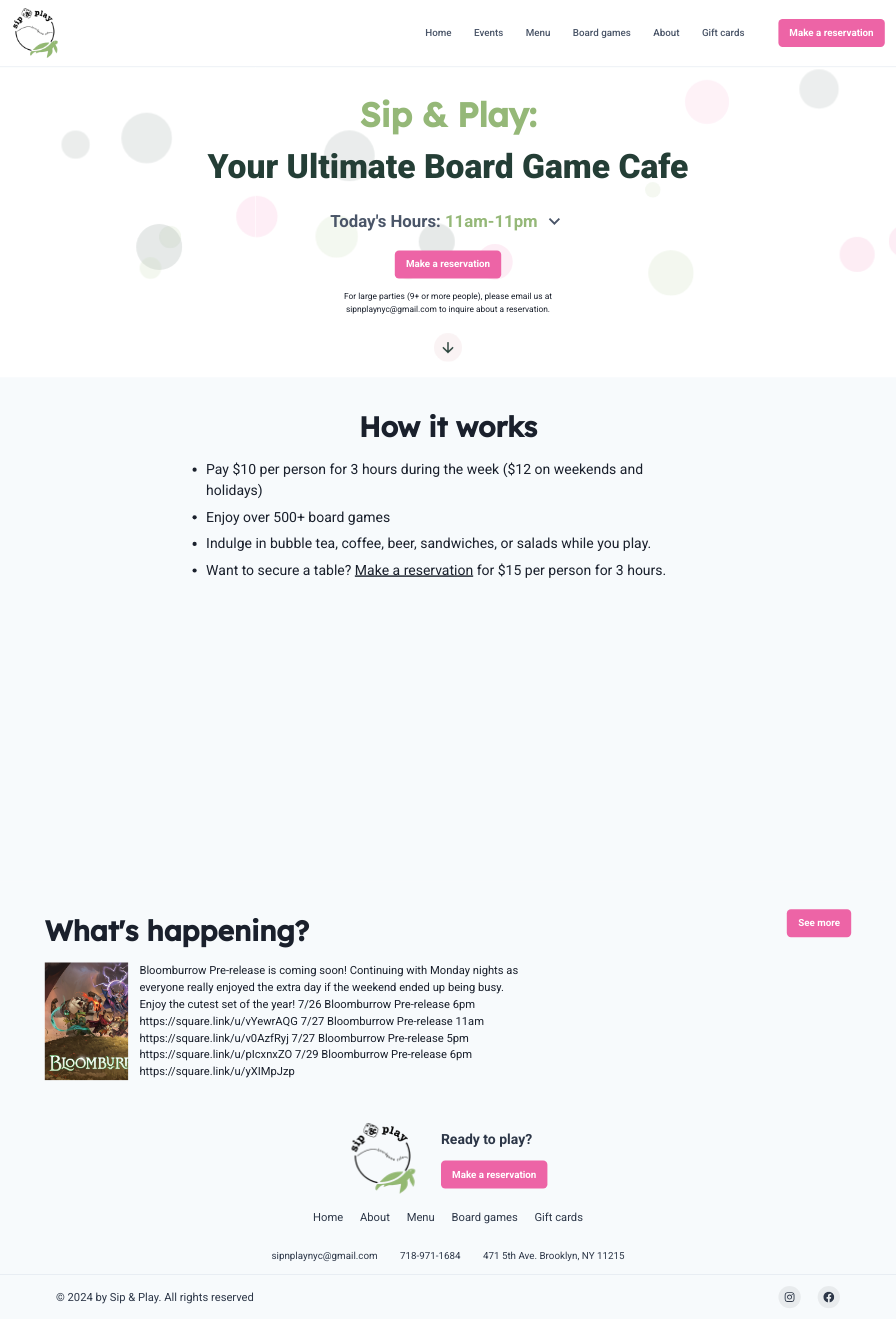
Repository: natespinetti/codedexsummerhackathon
Page: /
The author's editor kept a copy of each file at every save. The page is drawn from the files as they stood at one save, then again after the next save.
The browser window is 1280 px wide. The pictures show the whole page, at 70% of full size.
The project was rebuilt for these pictures with package versions that can differ from the ones it lists, and the page was loaded fresh each time. The framework's server and built-in components were replaced by stand-ins that run in the browser. Also part of the build but not shown: next.config.mjs.

Above is the page before, as saved 2024-07-11 17:34:30.

After the next save:
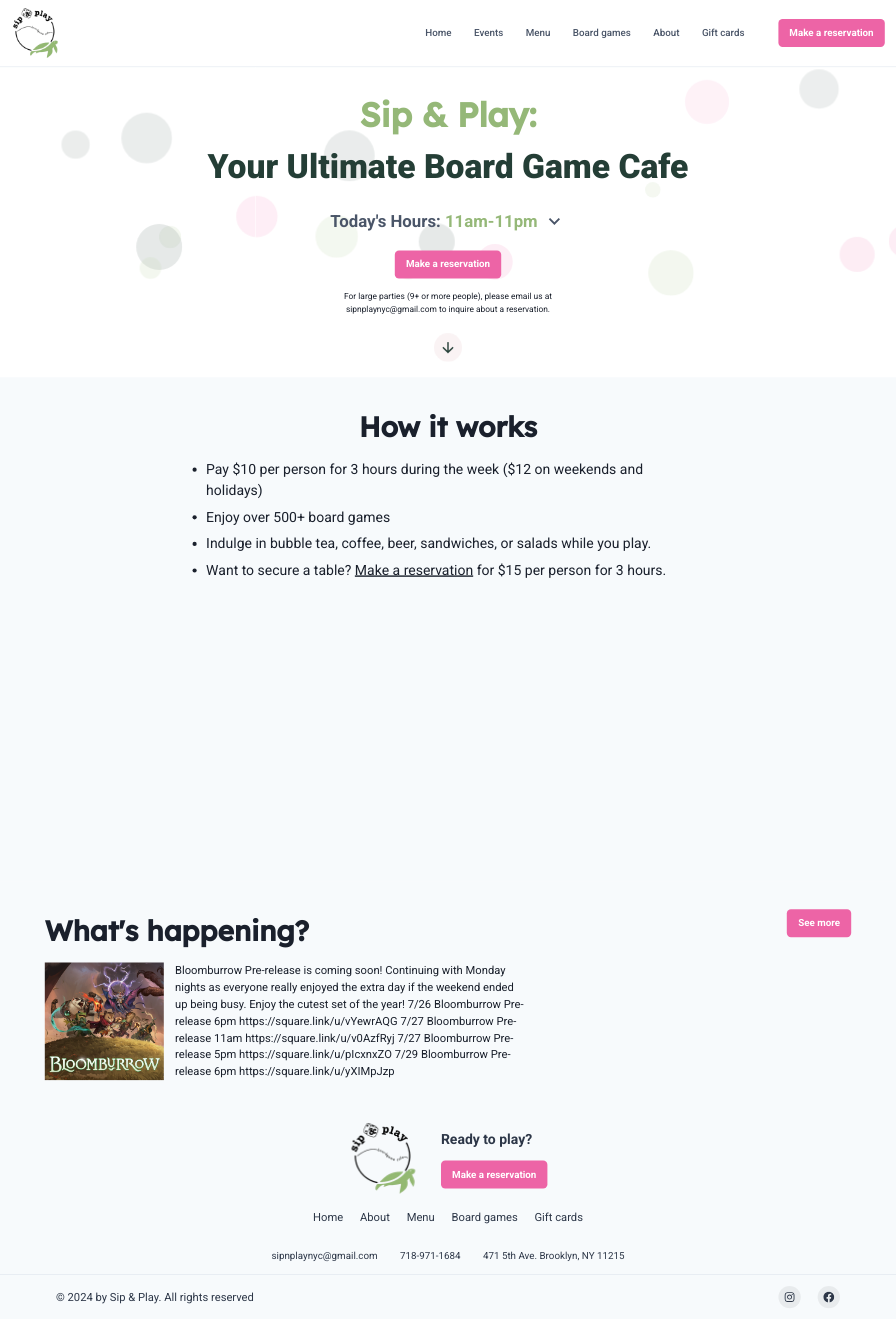
Saved 2 min 2 s later.
--- a/app/page.tsx
+++ b/app/page.tsx
@@ -49,7 +49,12 @@
           </Box>
           <Box>
             <Box w="60%" display="flex" flexDir="row" gridGap="1rem">
-              <Box bgImg="./images/bloomburrow.webp" bgSize="cover" w="100%" />
+              <Box
+                bgImg="./images/bloomburrow.webp"
+                bgSize="cover"
+                w="100%"
+                minW="170px"
+              />
               <Text>
                 Bloomburrow Pre-release is coming soon! Continuing with Monday
                 nights as everyone really enjoyed the extra day if the weekend
